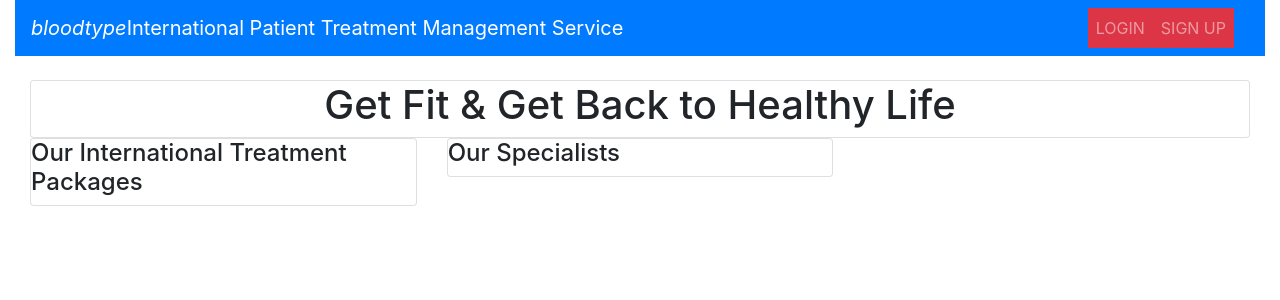
Repository: Vineet2408/POD-Cognizant
Page: http://localhost/iptms-UIportal/WEB-INF/view/home.jsp
These files come from the project's save history. The page is drawn as it stood at one moment and after the next save; the edit follows.
The browser window is 1280 px wide. The pictures show the whole page.
The page is served by Tomcat 9. Nobody is signed in. The template is opened directly, without the code that normally fills it, so the values that code supplies are empty.

Above is the page before, as saved 2021-03-07 15:37:47.

After the next save:
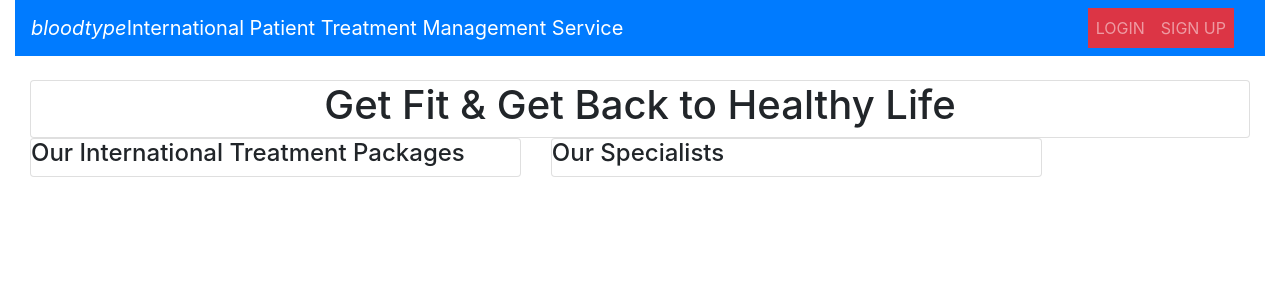
Saved 24 s later.
--- a/iptms-UIportal/src/main/webapp/WEB-INF/view/home.jsp
+++ b/iptms-UIportal/src/main/webapp/WEB-INF/view/home.jsp
@@ -25,7 +25,7 @@
 </div>
     <div class="container-fluid">
             <div class="row">
-                    <div class="col-md-4">
+                    <div class="col-md-5">
                         <div class="card">
                             <h4>Our International Treatment Packages</h4>
                         </div>
@@ -77,7 +77,7 @@
 
                             </div>
                     </div>
-                    <div class="col-md-4">
+                    <div class="col-md-5">
                         <div class="card">
                             <h4>Our Specialists</h4>
                         </div>
